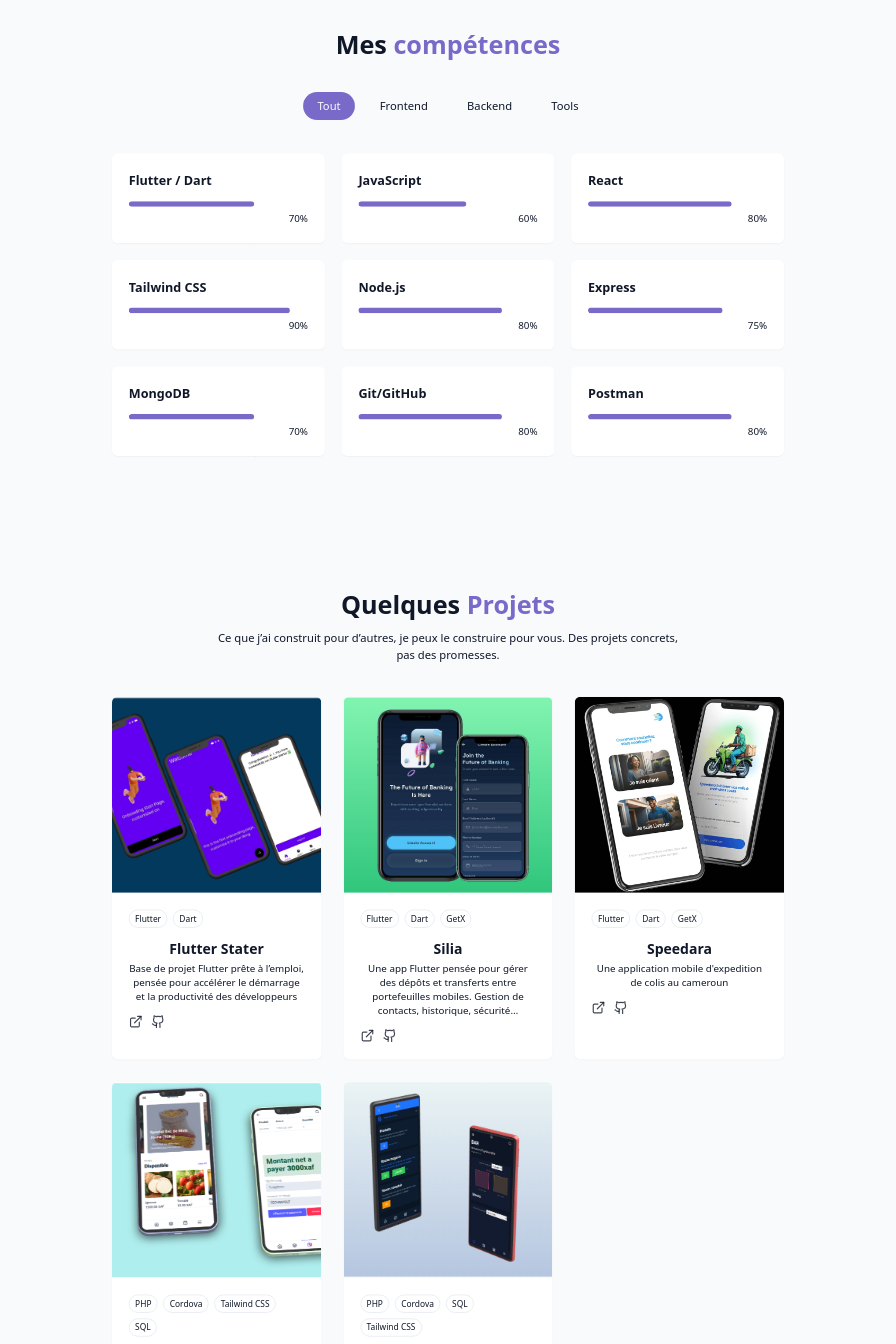
Repository: KOMI18/komi-folio
Page: /
The author's editor kept a copy of each file at every save. The page is drawn from the files as they stood at one save, then again after the next save.
The browser window is 1280 px wide. The pictures show the part of the page from y = 3179 to 5099 px (the page is 6505 px tall), at 70% of full size.
The project was rebuilt for these pictures with package versions that can differ from the ones it lists, and the page was loaded fresh each time. Also part of the build but not shown: vite.config.js, src/pages/NotFound.jsx.

Above is the page before, as saved 2025-06-28 13:33:34.

After the next save:
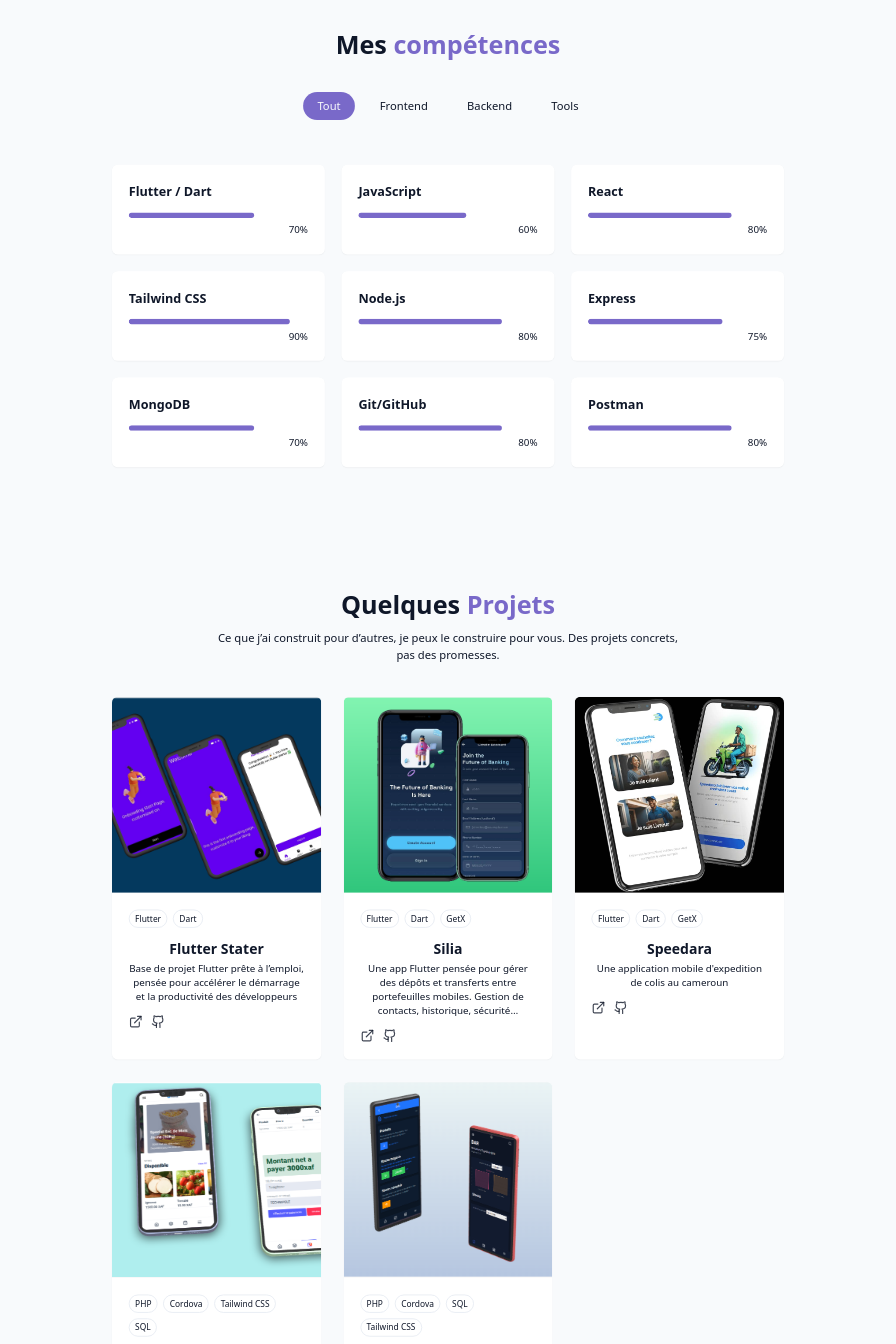
Saved 26 s later.
--- a/src/components/SkillsSection.jsx
+++ b/src/components/SkillsSection.jsx
@@ -55,7 +55,7 @@ export const SkillsSection = () => {
           {filteredSkills.map((skill, key) => (
             <div
               key={key}
-              className="bg-card p-6 rounded-lg shadow-xs card-hover"
+              className="bg-card p-6 rounded-lg shadow-xs card-hover about-card opacity-0 transition-opacity duration-700 ease-out translate-y-4"
             >
               <div className="text-left mb-4">
                 <h3 className="font-semibold text-lg"> {skill.name}</h3>
